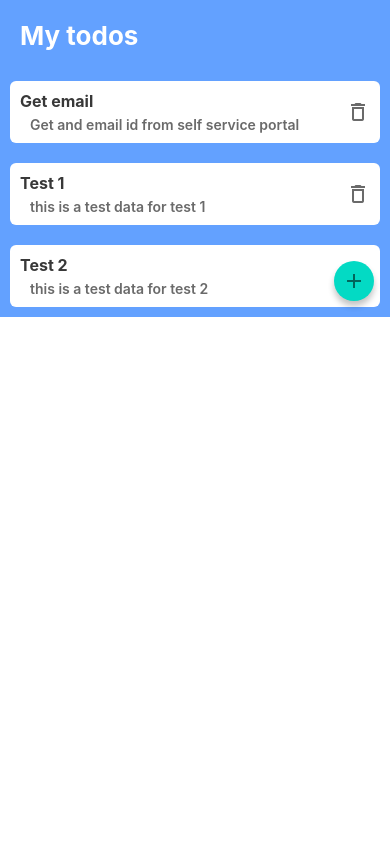
Repository: sadarsh216/Todo-App
Screen: /
The author's editor kept a copy of each file at every save. The screen is drawn from the files as they stood at one save, then again after the next save.
The app was drawn by React Native's web renderer in a window 390 px wide. The project was rebuilt for these pictures with package versions that can differ from the ones it lists, and the page was loaded fresh each time.

Above is the screen before, as saved 2021-10-09 13:18:57.

### App.tsx
import { StatusBar } from "expo-status-bar";
import React from "react";
import { SafeAreaView, ScrollView, StyleSheet, Text, View } from "react-native";
import Todos from "./Pages/Todos";
import { FAB } from "react-native-paper";

export default function App() {
  return (
    <SafeAreaView>
      <View style={styles.container}>
        <ScrollView>
          <Text style={styles.heading}>My todos</Text>
          <Todos />
        </ScrollView>

        <StatusBar style="auto" />
      </View>
      <FAB
        style={styles.fab}
        small
        icon="plus"
        onPress={() => console.log("Pressed")}
      />
    </SafeAreaView>
  );
}

const styles = StyleSheet.create({
  container: {
    height: "100%",
    backgroundColor: "#63a1ff",
  },
  heading: {
    color: "white",
    fontSize: 26,
    fontWeight: "bold",
    margin: 20,
  },
  fab: {
    position: "absolute",
    margin: 16,
    right: 0,
    bottom: 0,
  },
});

### Pages/Todos.tsx
import React from "react";
import { View, Text, StyleSheet, TouchableOpacity } from "react-native";
import { MaterialCommunityIcons } from "@expo/vector-icons";

export default function Todos() {
  const [todos, setTodos] = React.useState([
    {
      title: "Get email",
      description: "Get and email id from self service portal",
      id: 0,
    },
    { title: "Test 1", description: "this is a test data for test 1", id: 1 },
    { title: "Test 2", description: "this is a test data for test 2 ", id: 2 },
  ]);
  const deleteTodo = () => {
    alert("deleted");
  };
  return (
    <>
      {todos.map((item, key) => (
        <View key={item.id} style={styles.card}>
          <View style={styles.details}>
            <Text style={styles.title}>{item.title}</Text>
            <Text style={styles.desc}>{item.description}</Text>
          </View>
          <View style={styles.deleteSection}>
            <TouchableOpacity onPress={deleteTodo}>
              <MaterialCommunityIcons
                name="delete-outline"
                size={24}
                color="#6a6a6a"
              />
            </TouchableOpacity>
          </View>
        </View>
      ))}
    </>
  );
}

const styles = StyleSheet.create({
  card: {
    display: "flex",
    flexDirection: "row",
    backgroundColor: "#fff",
    margin: 10,
    borderRadius: 6,
    elevation: 4,
    padding: 10,
  },
  title: {
    fontSize: 16,
    marginBottom: 5,
    fontWeight: "bold",
    color: "#383838",
  },
  desc: {
    paddingHorizontal: 10,
    fontWeight: "600",
    color: "#6a6a6a",
  },
  details: {
    flex: 2,
  },
  deleteSection: {
    justifyContent: "center",
  },
});

After the next save:
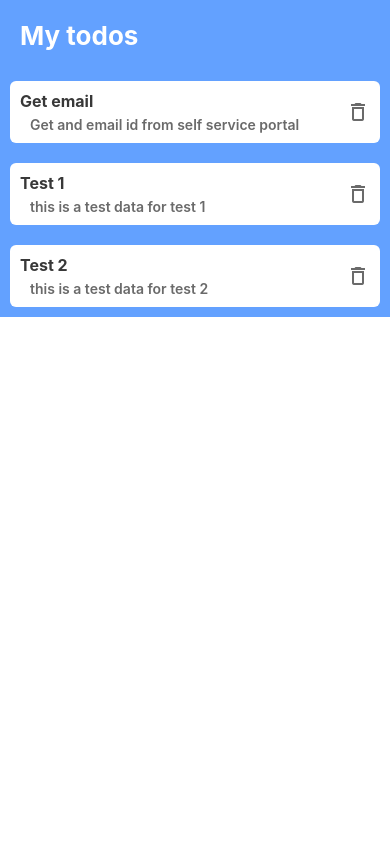
Saved 25 s later.
--- a/App.tsx
+++ b/App.tsx
@@ -15,12 +15,12 @@
 
         <StatusBar style="auto" />
       </View>
-      <FAB
+      {/* <FAB
         style={styles.fab}
         small
         icon="plus"
         onPress={() => console.log("Pressed")}
-      />
+      /> */}
     </SafeAreaView>
   );
 }

After the save that followed:
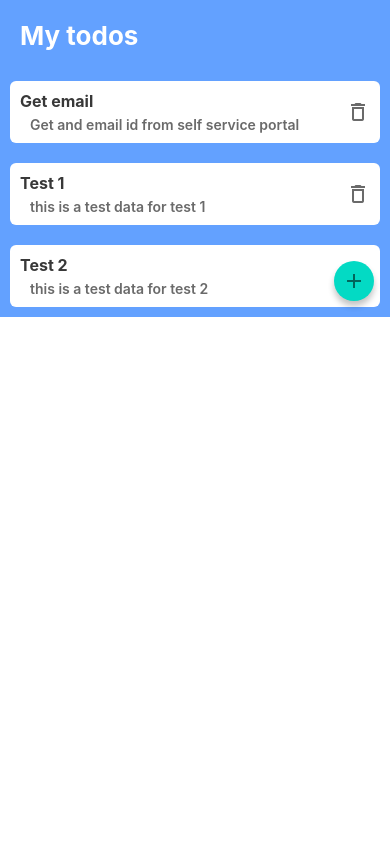
Saved 5 s later.
--- a/App.tsx
+++ b/App.tsx
@@ -15,12 +15,12 @@
 
         <StatusBar style="auto" />
       </View>
-      {/* <FAB
+      <FAB
         style={styles.fab}
         small
         icon="plus"
         onPress={() => console.log("Pressed")}
-      /> */}
+      />
     </SafeAreaView>
   );
 }
